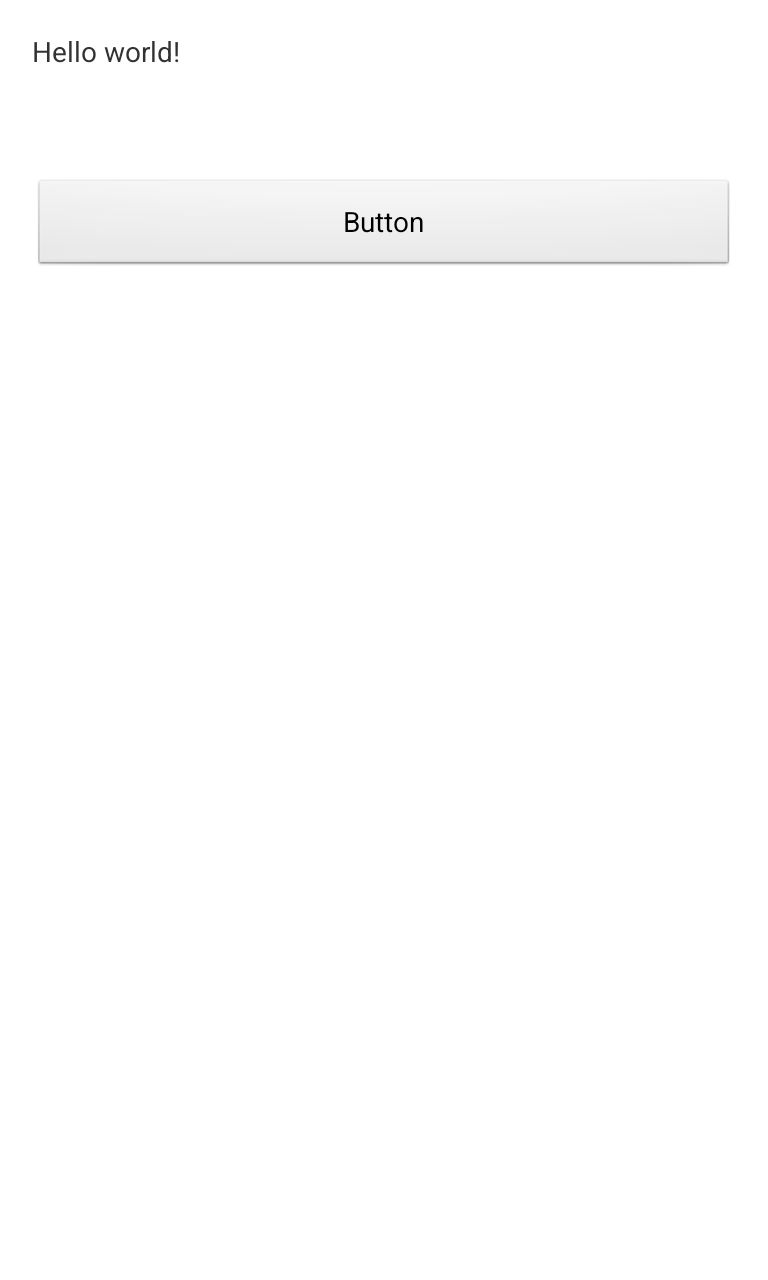
Repository: ApplucoJason/AndroidTest
Layout: MyFirstApp/res/layout/activity_main.xml
The author's editor kept a copy of each file at every save. The layout is drawn from the files as they stood at one save, then again after the next save.
It is drawn on a 768 x 1280 px phone screen (xhdpi) without system bars, with theme AppTheme; the app's code is not run.

Above is the layout before, as saved 2013-09-04 12:56:56.

After the next save:
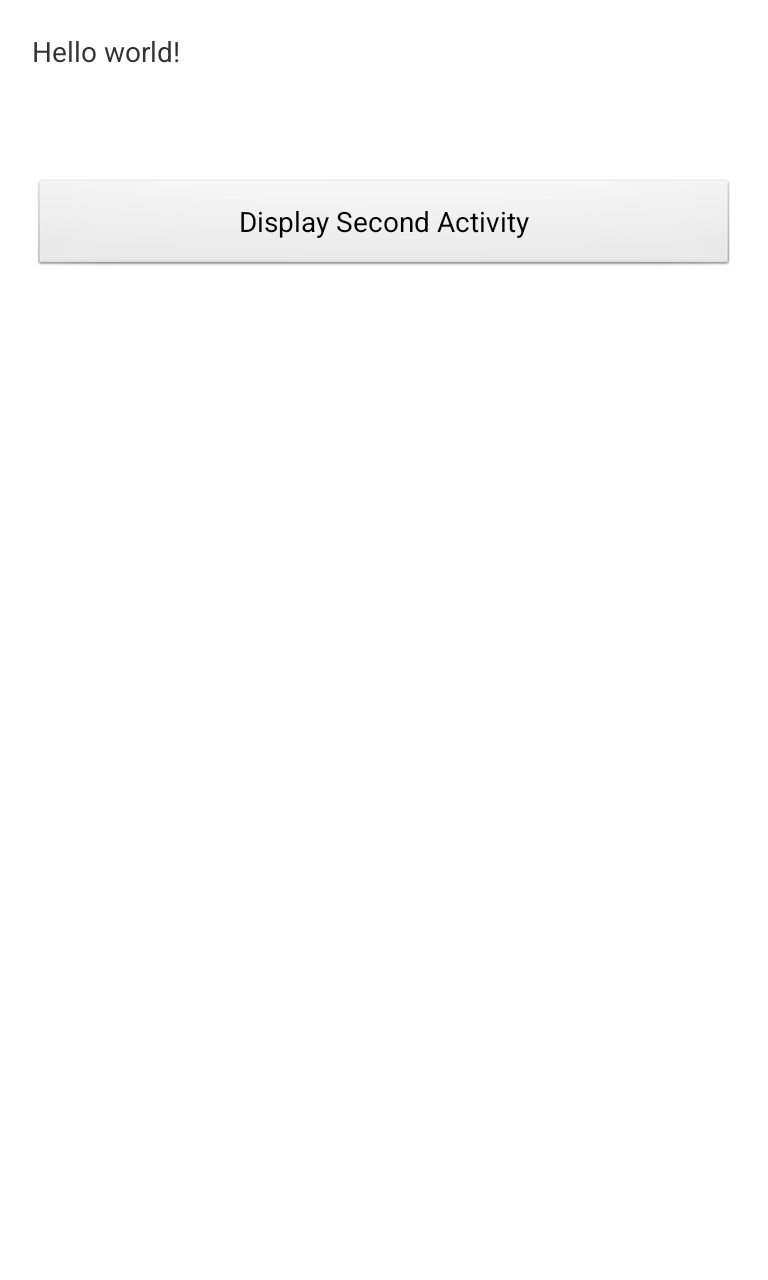
Saved 2 min 16 s later.
--- a/MyFirstApp/res/layout/activity_main.xml
+++ b/MyFirstApp/res/layout/activity_main.xml
@@ -21,6 +21,8 @@
         android:layout_alignLeft="@+id/textView1"
         android:layout_below="@+id/textView1"
         android:layout_marginTop="54dp"
-        android:text="Button" />
+        android:text="Display Second Activity"
+        android:onClick="doActivity"
+         />
 
 </RelativeLayout>
